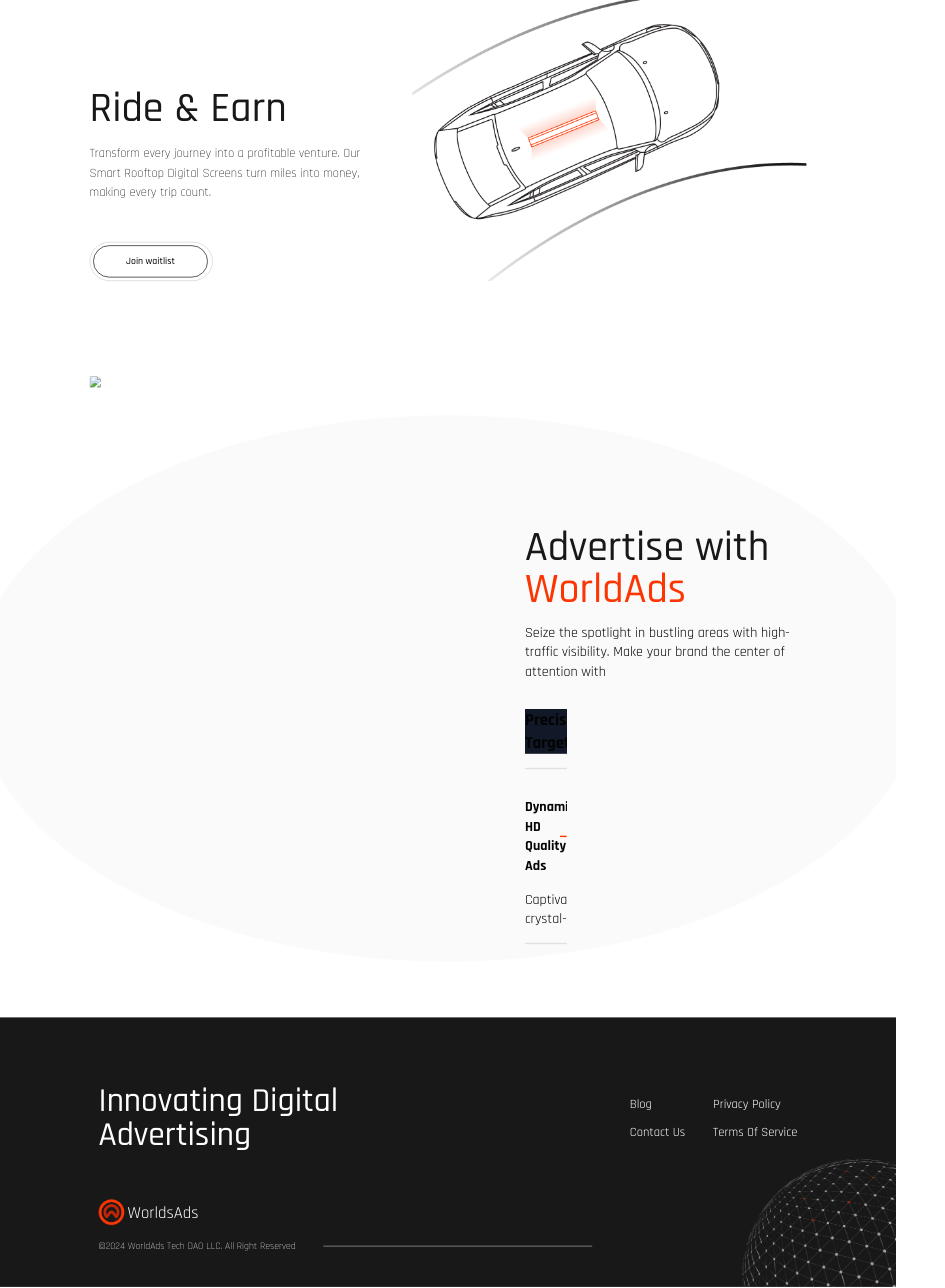
Repository: Abdul-Hannan232/worldAds
Page: /
These files come from the project's save history. The page is drawn as it stood at one moment and after the next save; the edit follows.
The browser window is 1280 px wide. The page is 1283 px wide, then 1350 px, so the pictures cover 1350 px, including what lies to the right of the window. The pictures show the part of the page from y = 2139 to 3979 px (the page is 3979 px tall), at 70% of full size.
An inner scrolling area shows only its first screen. The project was rebuilt for these pictures with package versions that can differ from the ones it lists, and the page was loaded fresh each time. The framework's server and built-in components were replaced by stand-ins that run in the browser. Also part of the build but not shown: next.config.mjs, app/component/NavContent.jsx.

Above is the page before, as saved 2024-05-09 20:32:04.

After the next save:
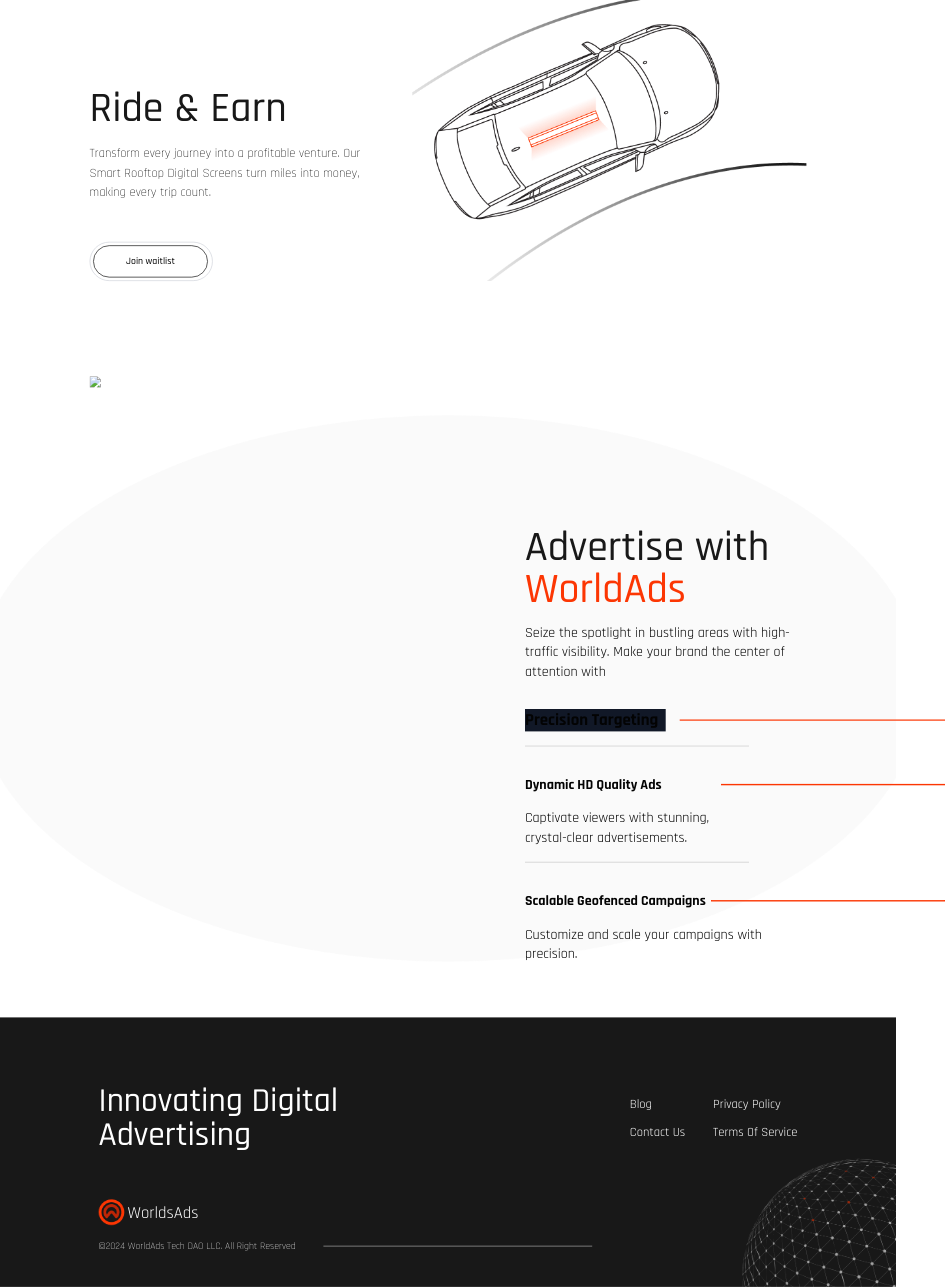
Saved 6 s later.
--- a/app/component/advertise.jsx
+++ b/app/component/advertise.jsx
@@ -17,7 +17,7 @@
           <h1 className="xl:text-6xl text-5xl 2xl:text-8xl lg:text-start text-center font-medium text-[#181818]">Advertise with</h1>
           <h1 className="xl:text-6xl text-5xl 2xl:text-8xl lg:text-start text-center font-medium text-[#FC3603]">WorldAds</h1>
           <p className="xl:text-xl lg:text-lg text-sm 2xl:text-2xl lg:w-[400px] 2xl:w-[600px] mt-4 lg:text-start text-center text-[#030303]">Seize the spotlight in bustling areas with high-traffic visibility. Make your brand the center of attention with</p>
-          <div className="h-[400px] overflow-scroll w-[60px] ">
+          <div className="h-[400px] overflow-scroll w-[600px] ">
             <div className="flex items-center lg:justify-start justify-center w-full gap-5  mt-10">
               <h1 onClick={precisionOpen} className={`${precision?"xl:text-3xl text-gray-600":"xl:text-2xl text-[#030303]"} cursor-pointer lg:text-2xl lg:text-start text-center  text-2xl 2xl:text-6xl xl:w-80 bg-gray-900 lg:w-[60%]  2xl:w-[90%] font-bold `}>Precision Targeting</h1>
               <hr className="border w-full lg:block hidden  border-[#FC3603]" />
